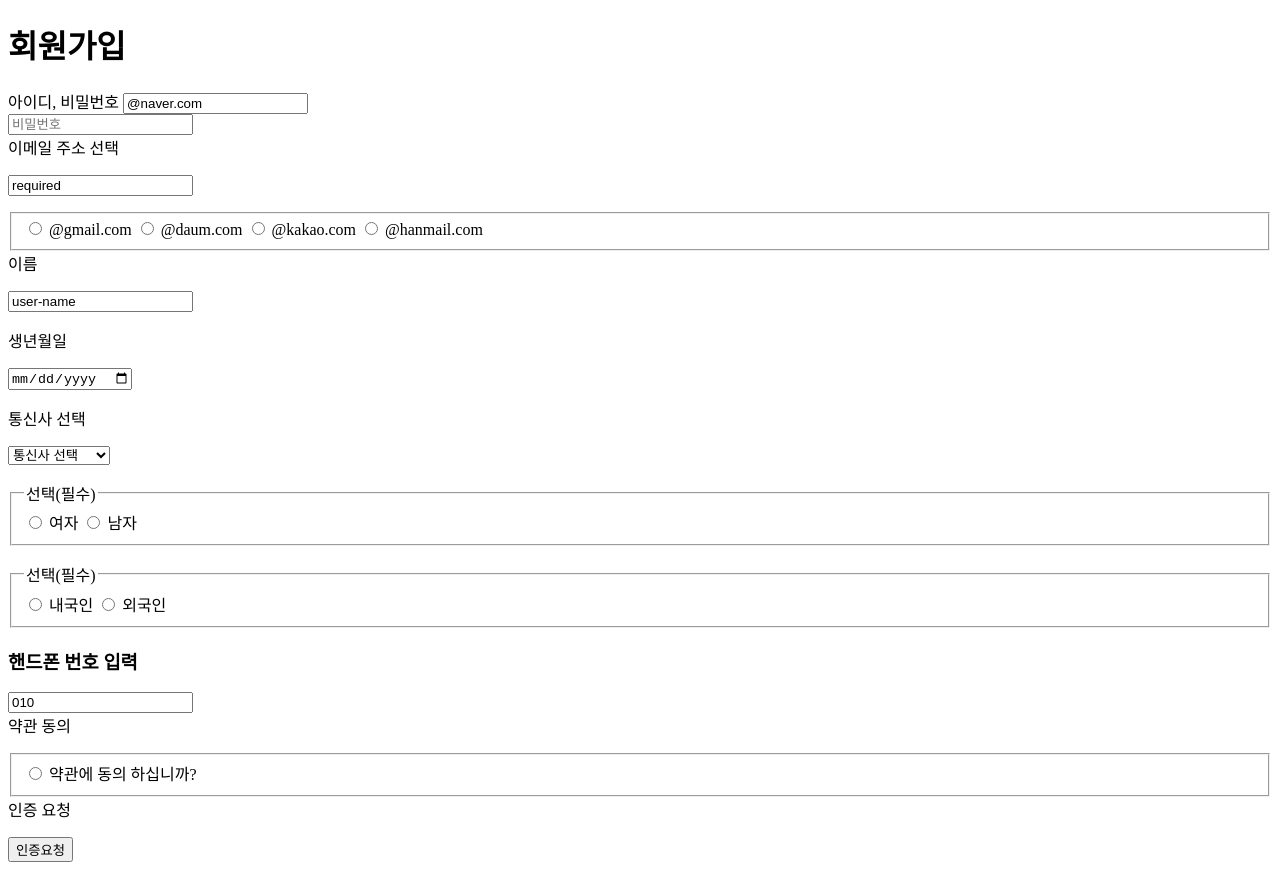
Repository: guswnsdldl/gb
Page: html workspace/h_form/src/main/webapp/join.html
An editor plug-in stored every save of this project. The page is shown before and after the next save, followed by the edit.
The browser window is 1280 px wide. The pictures show the whole page.

Above is the page before, as saved 2024-08-06 08:12:27.

After the next save:
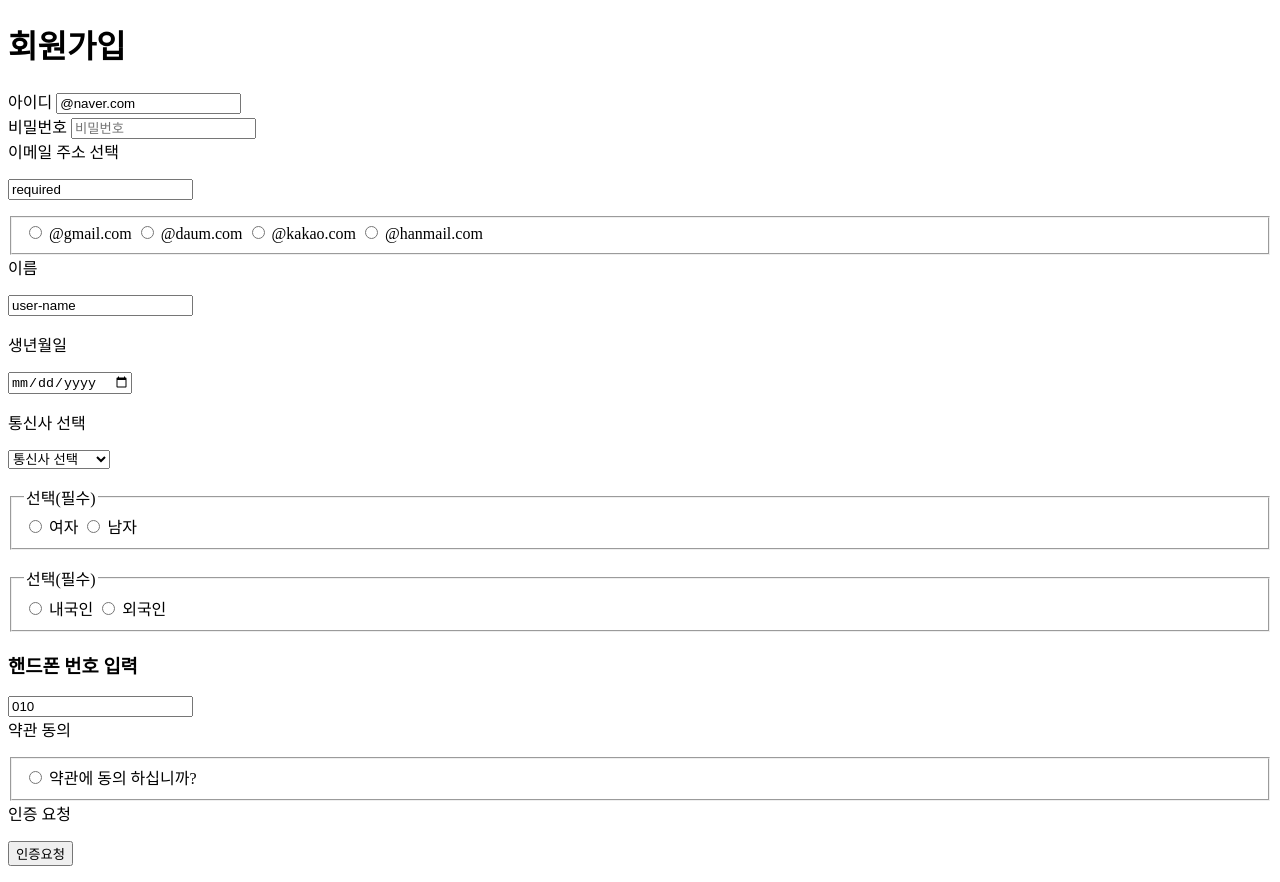
Saved 35 s later.
--- a/html workspace/h_form/src/main/webapp/join.html
+++ b/html workspace/h_form/src/main/webapp/join.html
@@ -7,8 +7,9 @@
 <body>
 <h1>회원가입</h1>
 <form>
-<div> 아이디, 비밀번호
+<div> 아이디
 <input type="text" name="user-id" placeholder="아이디" value="@naver.com" required><br>
+비밀번호
 <input type="password" name="user-password" placeholder="비밀번호">
 </div>
 <div> 이메일 주소 선택
